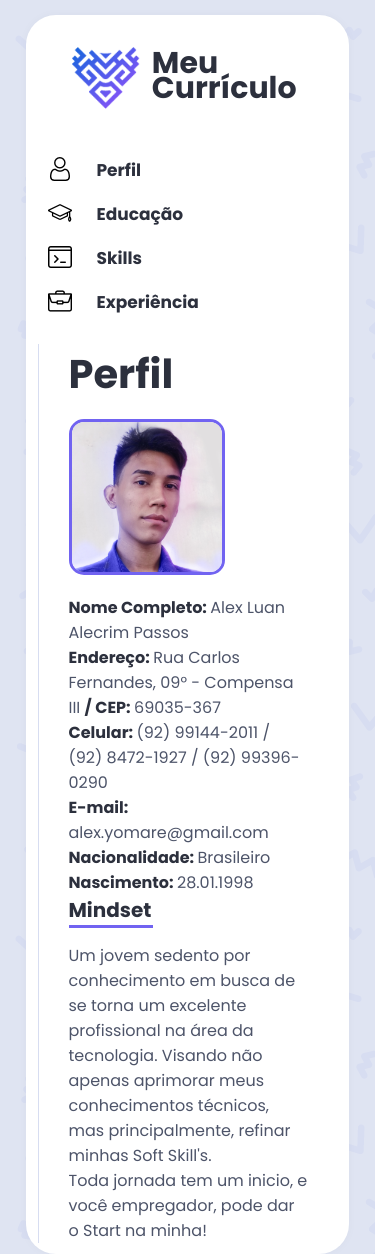
Repository: 4lex-passos/MeuPrimeiroSite
Page: index.html
These files come from the project's save history. The page is drawn as it stood at one moment and after the next save; the edit follows.
The browser window is 375 px wide. The pictures show the whole page.

Above is the page before, as saved 2020-10-02 16:55:11.

### index.html
<!DOCTYPE html>

<html>
  <head lang="pt-br">
    <meta charset="UTF-8">
    <meta name="viewport" content="width=device-width, initial-scale=1.0">
    <link rel="stylesheet" href="css/style.css">
    <link rel="shortcut icon" type="image/png" href="imagens/Owl.png">
    <title>Meu Currículo</title>
  </head>

  <body>
    <div class="conteiner">
      <div class="box">

        <aside class="naveg">
          <header class="logo">
            <img src="imagens/Owl.png"
                 alt="Foto de perfil">
            <h1>Meu<br>Currículo</h1>
          </header>
          <main>
            <nav>
              <ul>
                <li>
                  <img src="imagens/perfil-icon.png">
                  <a href="index.html" class="icon">Perfil</a>
                </li>
                <li>
                  <img src="imagens/education-icon.png">
                  <a href="educacao.html" class="icon">Educação</a>
                </li>
                <li>
                  <img src="imagens/skills-icon.png">
                  <a href="skills.html" class="icon">Skills</a>
                </li>
                <li>
                  <img src="imagens/experiencia-icon.png">
                  <a href="experiencia.html" class="icon">Experiência</a>
                </li>
              </ul>
            </nav>
          </main>
        </aside>

        <aside class="feed">
          <main>
            <h1>Perfil</h1>
            <div class="painel">
              <img  src="imagens/perfil.png"
                    id="myImg"
                    onclick="myFunction()"
                    onmouseout="myFunction2()">
              <div class="info-box">
                <h2>Nome Completo: <span class="info">Alex Luan Alecrim Passos</span></h2>
                <h2>Endereço: <span class="info">Rua Carlos Fernandes, 09° - Compensa III </span>/ CEP: <span class="info">69035-367</span></h2>
                <h2>Celular: <span class="info">(92) 99144-2011 / (92) 8472-1927 / (92) 99396-0290</span></h2>
                <h2>E-mail:<span class="info"> alex.yomare@gmail.com</span></h2>
                <h2>Nacionalidade: <span class="info">Brasileiro</span></h2>
                <h2>Nascimento: <span class="info">28.01.1998</span></h2>
              </div>
            </div>
            <h3>Mindset</h3>
            <p>Um jovem sedento por conhecimento em busca de
              se torna um excelente profissional na área da tecnologia.
              Visando não apenas aprimorar meus conhecimentos técnicos, mas principalmente, refinar minhas Soft Skill's.<br>
              Toda jornada tem um inicio, e você empregador, pode dar o Start na minha! </p>
          </main>
        </aside>

      </div>
    </div>
    <script>
      function myFunction() {
        document.getElementById("myImg").style.height = "100%";
        document.getElementById("myImg").style.width = "100%";
      }
      function myFunction2() {
        document.getElementById("myImg").style.height = "150px";
        document.getElementById("myImg").style.width = "150px";
      }
      </script>
  </body>
</html>

### css/style.css
@import url('https://fonts.googleapis.com/css2?family=Poppins:wght@400;700;900&display=swap');

/*============================
| GERAL*/
html{
  font-size: 62.5%;
  color: #232325;
  font-family: 'Poppins', sans-serif;
}
body{

  background: url("../imagens/pattern2.png");
  box-sizing: border-box;
  font-size: 1.6rem;
  margin: 0;
  padding:0;
  width: 100%;
  height: 100%;
}

/*============================
| ESTILO DA PAGINA TOTAL*/
.conteiner{
  width: 100vw;
  height: 100vh;

  display: grid;
  grid-template-columns: 1fr 1fr 1fr;
  grid-template-rows: 1fr 1fr 1fr;
  grid-template-areas:". . ."
                      ". b ."
                      ". . .";
}
.box{
  display:flex;
  flex-flow: row wrap;
  grid-area: b;

  width: 60vw;
  background: #ffffff;
  border-radius: 30px;
  box-shadow: 0px 0px 10px rgba(0,0,0,.030);
  padding: 3%;
  margin-top: 15px;
}

/*============================
| CONTEINER DO MENU DE NAVEGAÇÃO*/
.naveg{
  display:flex;
  flex-flow: column;
  flex-grow: 1;
  flex-basis: 10vw;
  border-radius: 15px;
  padding: 10px 30px 10px 10px;
}
.naveg header.logo{
  display:flex;
  border-radius: 15px;
  align-items: top;
  padding: 0px;
}
.naveg header.logo img{
  margin-right: 3%;
  width: 80px;
  height: 80px;
}
.naveg header.logo h1{
  line-height: 25px;
  font-size: 3.0rem;
  color: #2c303d;
  margin-top: 1.5rem;
}
main nav ul{
  display: flex;
  flex-flow: column;
  padding:0px;
}
main nav ul li{
  display: flex;
  margin-top: 10px;
  padding: 5px 0px 5px 0px;
  list-style: none;
}
main nav ul li a{
  font-size: 1.7rem;
  text-decoration: none;
  font-weight: bolder;
  width: 100%;
  color: #2c303d;
  margin-left: 2.5rem;
}

main nav ul li a:hover{
  background: -webkit-linear-gradient(top left, #2065DF, #A28AF8);
  background: -moz-linear-gradient(top left, #2065DF, #A28AF8);
  background: linear-gradient(to bottom right, #2065DF, #A28AF8);
  -webkit-background-clip: text;
  -webkit-text-fill-color: transparent;
  font-size: 1.9rem;
  transition-duration: .1s;
}
main nav ul li .icon{
  height: 24px;
}

/*============================
| CONTEINER DO CONTEÚDO*/
.feed{
  margin: 0px;
  display: flex;
  width: 40%;
  padding: 0 30px 0 30px;
  flex-grow: 7;
  border-left: 1px solid #d7ddf1;
}
main{
  width: 100%;
}
.feed main h1{
  margin: 0 0 15px 0;
  font-size: 4.0rem;
  color: #2c303d;
}
p{
  color: #4d5469;
  margin: 0;
}
h6{
  font-size: 2.0rem;
  border-left: 5px solid #7163f1;
  padding-left: 10px;
  margin-bottom: 5px;
}
/*============================
| PERFIL*/
.feed main .painel{
  display: flex;
  flex-flow: row wrap;
  border-radius: 1.5rem;
}

.feed main img{
  width: 15.0rem;
  height: 15.0rem;
  border-radius: 1.5rem;
  margin: 0 2.0rem 2.0rem 0;
}.feed main img#myImg{
  transition-duration:.5s;
  border: 3px solid #7163f1;
}
.feed main h2{
  color:#2c303d;
  font-size: 1.6rem;
  line-height: 2.5rem;
  margin: 0px;
}
.feed main h3{
  margin: 0 0 15px 0;
  width: 8.4rem;
  color:#2c303d;
  font-size: 2.0rem;
  border-bottom: 3px solid #7163f1;
}
.feed main span.info{
  color: #4d5469;
  font-weight: normal;
}

/*============================
| EDUCAÇÃO: ENSINO MÉDIO*/
.feed main .cards{
  width: 100%;
  display: flex;
  flex-flow: wrap row;
  justify-content: space-between;
}
div.en-medio .over{
  display: flex;
  justify-content: center;
  align-items: center;
  position: absolute;
  width: 100%;
  height: 100%;
  background: #ffffff;
  border-radius: 1.5rem;
  transition-duration: .3s;
}
div.en-medio .over:hover{
  opacity: 0%;
  transition-duration: .2s;
}
.feed main .en-medio{
  position: relative;
  display: flex;
  flex-flow: wrap column;
  justify-content: center;
  align-items: center;
  color:#ffffff;
  border-radius: 1.5rem;
  width: 39.0rem;
  height: 400px;
  margin-bottom: 20px;
}

div.en-medio h1{
  line-height: 5.0rem;
  color:rgba(0,0,0,.4);
  background: -webkit-linear-gradient(top left, #2065DF, #A28AF8);
  background: -moz-linear-gradient(top left, #2065DF, #A28AF8);
  background: linear-gradient(to bottom right, #2065DF, #A28AF8);
  -webkit-background-clip: text;
  -webkit-text-fill-color: transparent;
  font-size: 4.5rem;
  text-align: center;
  padding: 10px 0 10px 0;
}
div.en-medio h2{
  margin: 10px 0 10px 0;
  color: #8cbd18;
  font-size: 4.0rem;
  text-align: center;
}
div.en-medio p{
  width: 80%;
  color: #2c303d;
  font-size: 1.5rem;
  text-align: center;
  margin: 0px;
}
div.en-medio h4{
  margin: 0%;
  width: 80%;
  color: #2c303d;
  font-size: 3.5rem;
  text-align: center;
}
div.en-medio h5{
  margin: 0%;
  width: 80%;
  color: #ffffff;
  font-size: 6.5rem;
  text-align: center;
}
/*============================
| EDUCAÇÃO: ENSINO SUPERIOR*/
div.en-superior .over{
  display: flex;
  justify-content: center;
  align-items: center;
  position: absolute;
  width: 100%;
  height: 100%;
background: #ffffff;
  border-radius: 1.5rem;
  transition-duration: .3s;
}
div.en-superior .over:hover{
  opacity: 0%;
  transition-duration: .2s;
}
.feed main .en-superior{
  position: relative;
  display: flex;
  flex-flow: wrap column;
  justify-content: center;
  align-items: center;
  color:#ffffff;
  border-radius: 1.5rem;
  width: 39.0rem;
  height: 400px;
}

div.en-superior h1{
  line-height: 5.0rem;
  color:rgba(0,0,0,.4);
  background: -webkit-linear-gradient(top left, #2065DF, #A28AF8);
  background: -moz-linear-gradient(top left, #2065DF, #A28AF8);
  background: linear-gradient(to bottom right, #2065DF, #A28AF8);
  -webkit-background-clip: text;
  -webkit-text-fill-color: transparent;
  font-size: 4.5rem;
  text-align: center;
  padding: 10px 0 10px 0;
}
div.en-superior h2{
  margin: 10px 0 10px 0;
  color: #f1a71e;
  font-size: 4.0rem;
  text-align: center;
}
div.en-superior p{
  width: 80%;
  color: #2c303d;
  font-size: 1.5rem;
  text-align: center;
  margin: 0px;
}
div.en-superior h4{
  margin: 0%;
  width: 80%;
  color: #2c303d;
  font-size: 2.5rem;
  text-align: center;
}
div.en-superior h5{
  margin: 0%;
  width: 80%;
  color: #ffffff;
  font-size: 6.5rem;
  text-align: center;
}

@media (max-width: 600px) {
  .conteiner{
    display: flex;
    justify-content: center;
    align-items: flex-start;
  }
  .box{
    display:flex;
    width: 80vw;
  }
  .naveg{
    align-items: center;
  }
}

After the next save:
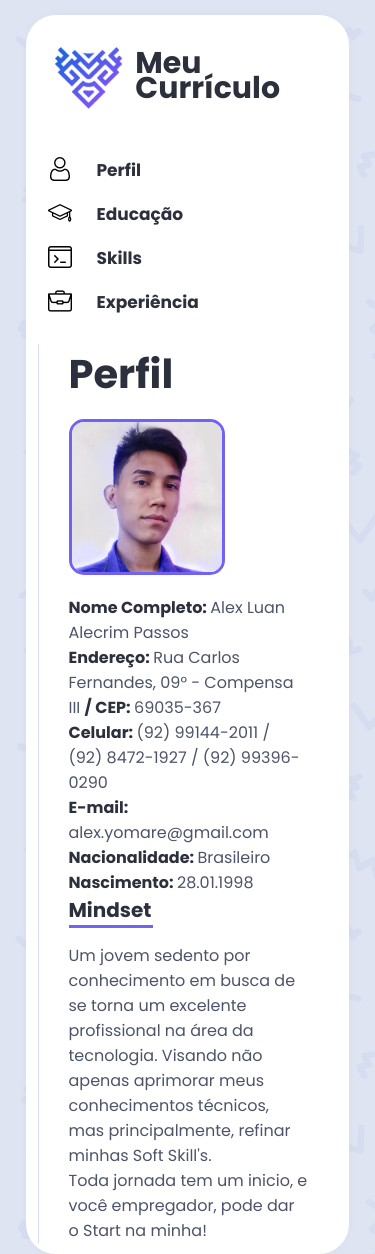
Saved 30 s later.
--- a/css/style.css
+++ b/css/style.css
@@ -321,7 +321,7 @@ div.en-superior h5{
     display:flex;
     width: 80vw;
   }
-  .naveg{
-    align-items: center;
+  .nav{
+    color: #2065DF;
   }
 }
